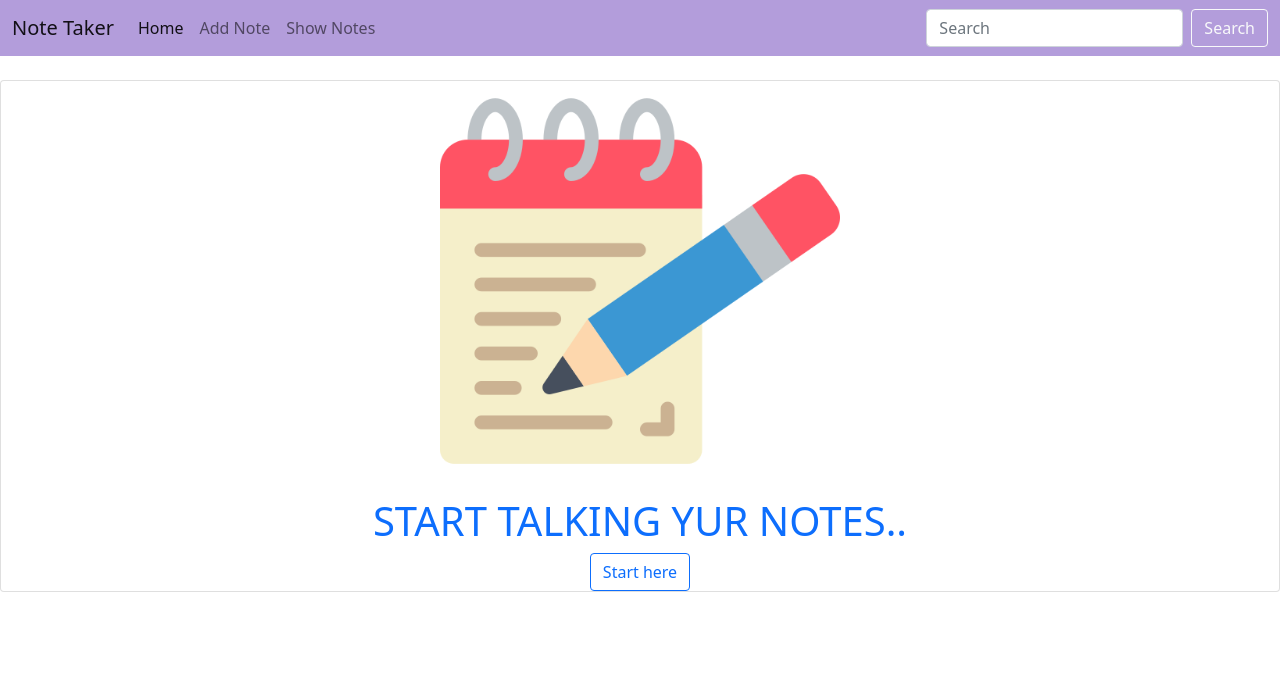
Repository: Tanmoy4672/Hibernate
Page: http://localhost/NoteTaker/
These files come from the project's save history. The page is drawn as it stood at one moment and after the next save; the edit follows.
The browser window is 1280 px wide. The pictures show the whole page.
The page is served by Tomcat 9.

Above is the page before, as saved 2021-12-16 22:57:23.

After the next save:
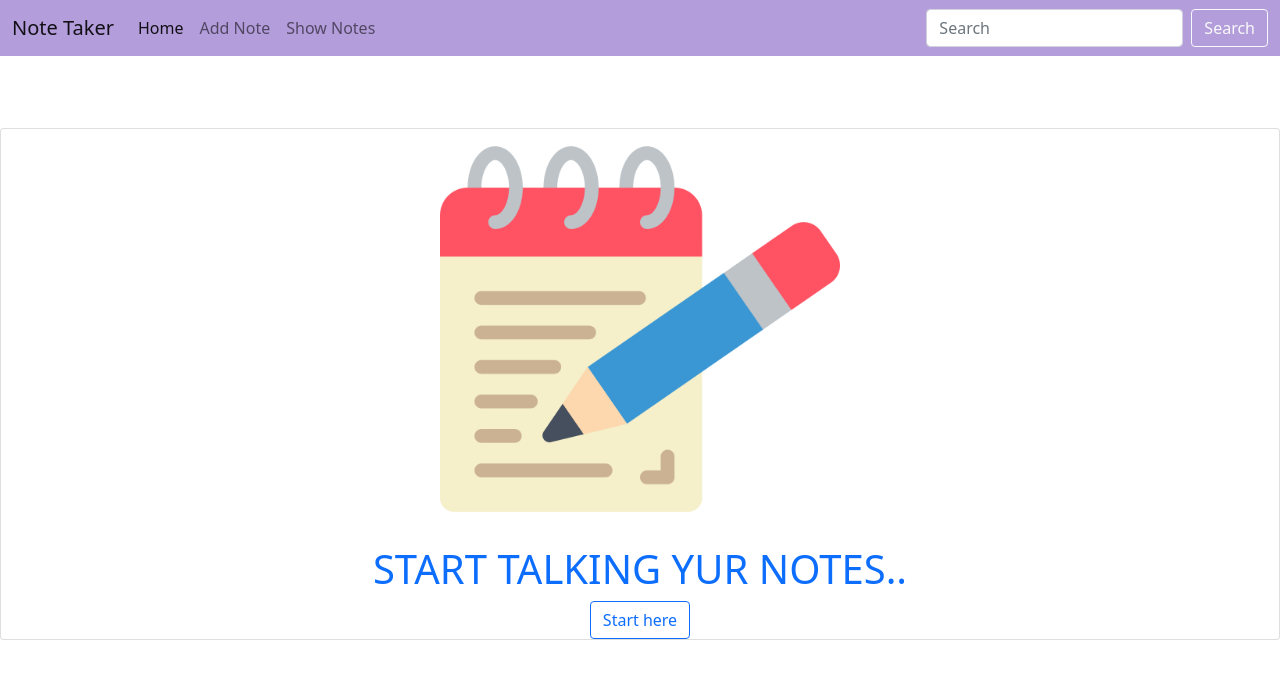
Saved 35 s later.
--- a/NoteTaker/src/main/webapp/index.jsp
+++ b/NoteTaker/src/main/webapp/index.jsp
@@ -15,7 +15,7 @@
 		<%@include file="Navbar.jsp"%>
 
 		<br>
-		<div class="card">
+		<div class="card my-5">
 			<img alt="" class="img-fluid mx-auto" style="max-width: 400px"
 				src="img/notepad.png">
 			<h1 class="text-primary text-uppercase text-center mt-3">Start
